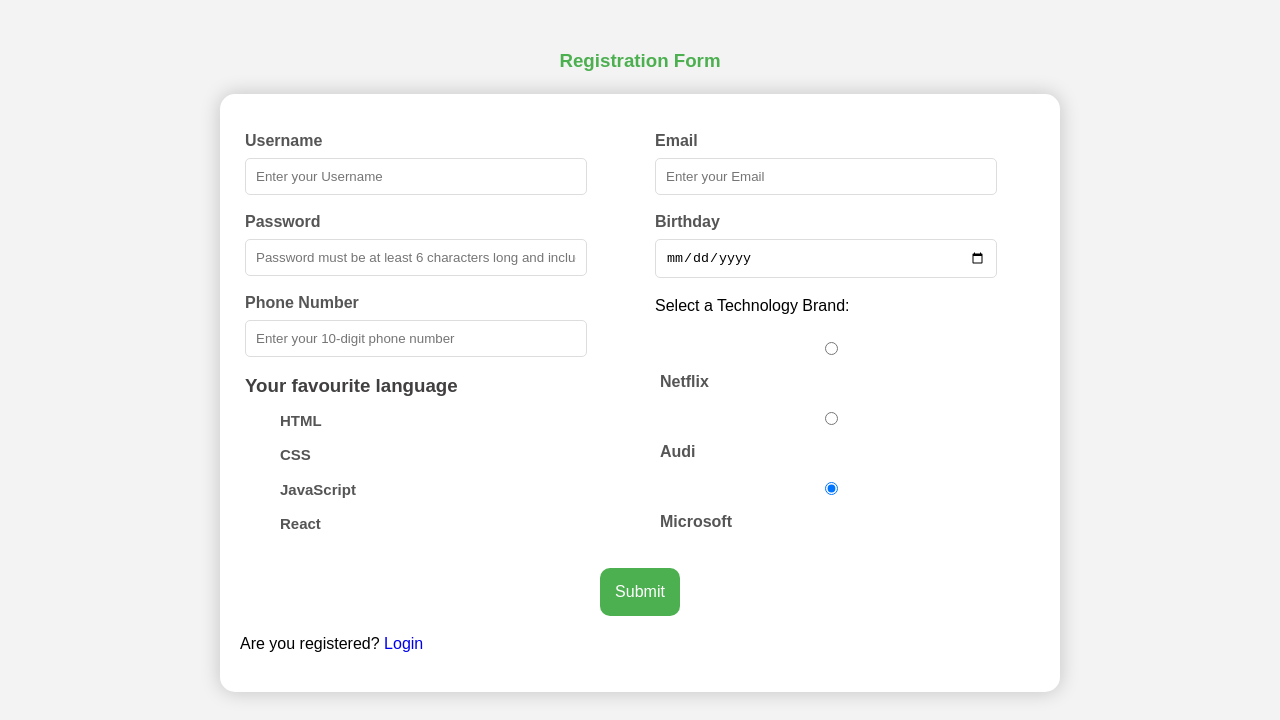
Repository: alizey12/Regestratin-Form-js
Page: regester.html
These files come from the project's save history. The page is drawn as it stood at one moment and after the next save; the edit follows.
The browser window is 1280 px wide. The pictures show the whole page.

Above is the page before, as saved 2024-11-29 20:17:33.

### regester.html
<!DOCTYPE html>
<html lang="en">
<head>
    <meta charset="UTF-8">
    <meta name="viewport" content="width=device-width, initial-scale=1.0">
    <link rel="stylesheet" href="regester.css">
    <title>Registration Form</title>
</head>
<body>
    <h3>Registration Form</h3>
    <div class="main">
        <form id="signupForm" action="">
            <div class="grid-container">
                <div>
                    <label for="username">Username</label>
                    <input type="text" id="username" name="username"
                           placeholder="Enter your Username"
                           required pattern="^[a-zA-Z0-9_]{3,15}$"
                           title="Username must be 3-15 characters long and can only contain letters, numbers, and underscores.">

                           <label for="password">Password</label>
                           <input type="password" id="password" name="password"
                                  placeholder="Password must be at least 6 characters long and include one letter and one number."
                                  required pattern="^(?=.*[A-Za-z])(?=.*\d)[A-Za-z\d]{6,}$"
                                  title="Password must be at least 6 characters long and include one letter and one number.">


                 <label for="quantity">Phone Number</label>
                 <input type="text" id="quantity" name="quantity"
                        placeholder="Enter your 10-digit phone number"
                        required pattern="^\d{10}$"
                        title="Enter a valid 10-digit phone number.">

                    <h3 class="heading">Your favourite language</h3>
                    <label class="container">
                        HTML
                        <input type="checkbox" name="language" value="HTML">
                    </label>
                    <label class="container">
                        CSS
                        <input type="checkbox" name="language" value="CSS">
                    </label>
                    <label class="container">
                        JavaScript
                        <input type="checkbox" name="language" value="JavaScript">
                    </label>
                    <label class="container">
                        React
                        <input type="checkbox" name="language" value="React">
                    </label>

                </div>
                <div>
                    <label for="email">Email</label>
                    <input type="email" id="email" name="email"
                           placeholder="Enter your Email"
                           required pattern="^[a-zA-Z0-9._%+-]+@[a-zA-Z0-9.-]+\.[a-zA-Z]{2,}$">

                    <label for="birthday">Birthday</label>
                    <input type="date" id="birthday" name="birthday" required>

                    <!DOCTYPE html>
                    <html lang="en">

                    <head>
                        <title>HTML input type="radio"</title>
                    </head>

                    <body>

                        <p>Select a Technology Brand:</p>

                        <div>
                            <input type="radio"
                                   id="Netflix"
                                   name="brand"
                                   value="Netflix">
                            <label for="Netflix">Netflix</label>
                        </div>

                        <div>
                            <input type="radio"
                                   id="Audi"
                                   name="brand"
                                   value="Audi">
                            <label for="Audi">Audi</label>
                        </div>

                        <div>
                            <input type="radio"
                                   id="Microsoft"
                                   name="brand"
                                   value="Microsoft" checked>
                            <label for="Microsoft">Microsoft</label>
                        </div>

                    </body>

                    </html>

                </div>
            </div>
            <div class="wrap">
                <button type="submit">Submit</button>
            </div>
        </form>
        <p>Are you registered?
            <a href="signin.html" style="text-decoration: none;">Login</a>
        </p>
    </div>
    <script src="Regester.js"></script>
</body>
</html>

### regester.css
 body {
    display: flex;
    align-items: center;
    justify-content: center;
    font-family: sans-serif;
    line-height: 1.5;
    min-height: 100vh;
    background: #f3f3f3;
    flex-direction: column;
    margin: 0;
}

.main {
    background-color: #fff;
    border-radius: 15px;
    box-shadow: 0 0 20px rgba(0, 0, 0, 0.2);
    padding: 20px;
    transition: transform 0.2s;
    width: 800px;
}

h3 {
    color: #4CAF50;
    text-align: center;
}

label {
    display: block;
    margin-top: 10px;
    margin-bottom: 5px;
    text-align: left;
    color: #555;
    font-weight: bold;
}

input {
    display: block;
    width: 90%;
    margin-bottom: 15px;
    padding: 10px;
    box-sizing: border-box;
    border: 1px solid #ddd;
    border-radius: 5px;
}

button {
    padding: 15px;
    border-radius: 10px;
    margin-top: 15px;
    border: none;
    color: white;
    cursor: pointer;
    background-color: #4CAF50;
    font-size: 16px;
}

.wrap {
    display: flex;
    justify-content: center;
    align-items: center;
}

.grid-container {
    display: grid;

    grid-template-columns: 1fr 1fr;
    gap: 20px;
}

.grid-container div {
    padding: 5px;
}


.container {
    display: block;
    position: relative;
    padding-left: 35px;
    margin-bottom: 12px;
    cursor: pointer;
    font-size: 15px;
    -webkit-user-select: none;
    -moz-user-select: none;
    -ms-user-select: none;
    user-select: none;
  }
  .gen-rad{
    margin-top: 20%;
  }
  .container input {
    position: absolute;
    opacity: 0;
    cursor: pointer;
    height: 0;
    width: 0;
  }
  .heading{
    color: rgb(65, 63, 63);
    display: contents;
  padding: 5px;
  }
  .checkmark {
    position: absolute;
    top: 0;
    left: 0;
    height: 25px;
    width: 25px;
    background-color: #eee;
  }

  .container:hover input .checkmark {
    background-color: #ccc;
  }

  .container input:checked .checkmark {
    background-color: #279e63;
  }

  .checkmark:after {
    content: "";
    position: absolute;
    display: none;
  }

  .container input:checked  .checkmark:after {
    display: block;
  }


  .container .checkmark:after {
    left: 9px;
    top: 5px;
    width: 5px;
    height: 10px;
    border: solid white;
    border-width: 0 3px 3px 0;
    -webkit-transform: rotate(45deg);
    -ms-transform: rotate(45deg);
    transform: rotate(45deg);
  }


.gen-rad p {
    margin-bottom: 1px;
    font-weight: bold;
    color: #555;
}


.gen-rad label {

    font-size: 14px;
    color: #333;
}

### Regester.js
document.getElementById('signupForm').addEventListener('submit', function (event) {
    event.preventDefault(); // Prevent form submission

    // Get field values
    const username = document.getElementById('username').value;
    const email = document.getElementById('email').value;
    const password = document.getElementById('password').value;
    const quantity = document.getElementById('quantity').value;
    const birthday = document.getElementById('birthday').value;
    const gender = document.querySelector('input[name="gender"]:checked');
    const languages = Array.from(document.querySelectorAll('input[name="language"]:checked'))
                            .map(lang => lang.value);

    // Validate gender
    if (!gender) {
        alert('Please select your gender.');
        return;
    }

    // Validate at least one language is selected
    if (languages.length === 0) {
        alert('Please select at least one favourite language.');
        return;
    }

    // Log values in the console
    console.log('Username:', username);
    console.log('Email:', email);
    console.log('Password:', password);
    console.log('Phone Number:', quantity);
    console.log('Birthday:', birthday);
    console.log('Gender:', gender.value);
    console.log('Languages:', languages);

    // Show success message
    alert('Signup successful!');
});

After the next save:
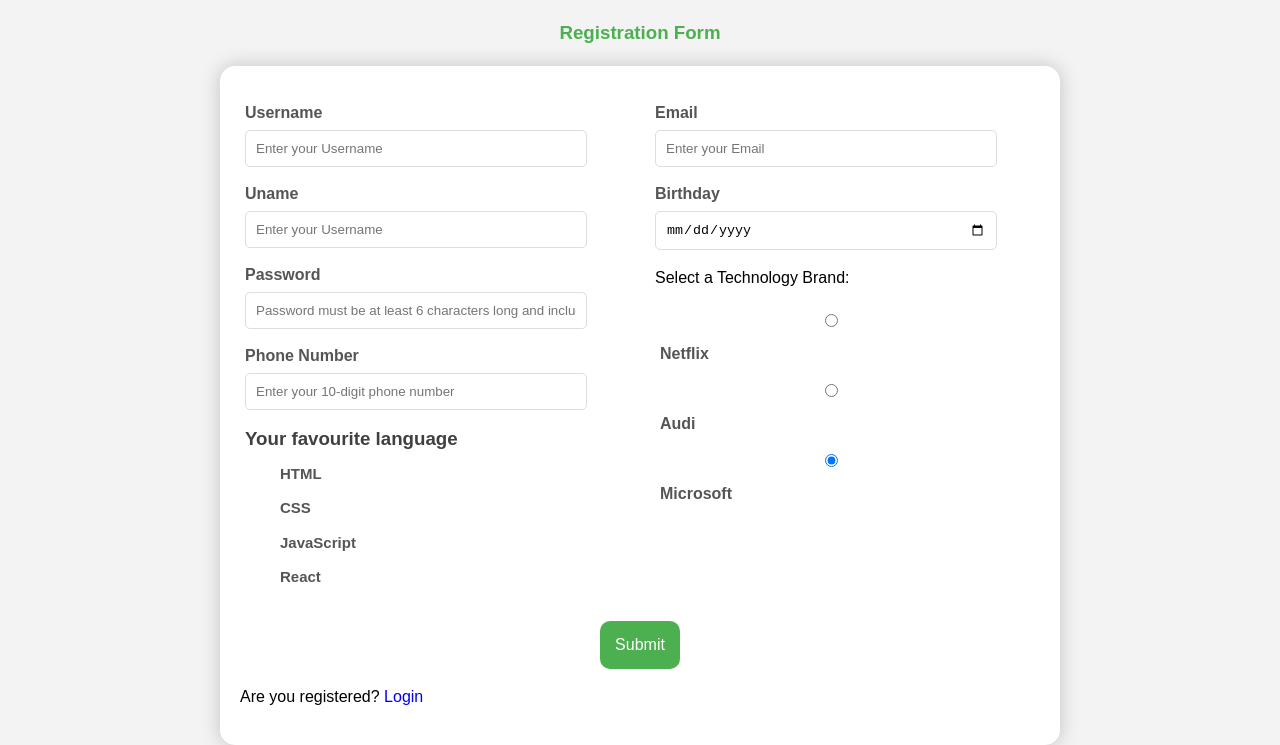
Saved 34 s later.
--- a/regester.html
+++ b/regester.html
@@ -17,6 +17,12 @@
                            placeholder="Enter your Username"
                            required pattern="^[a-zA-Z0-9_]{3,15}$"
                            title="Username must be 3-15 characters long and can only contain letters, numbers, and underscores.">
+
+                           <label for="username">Uname</label>
+                           <input type="text" id="username" name="username"
+                                  placeholder="Enter your Username"
+                                  required pattern="^[a-zA-Z0-9_]{3,15}$"
+                                  title="Username must be 3-15 characters long and can only contain letters, numbers, and underscores.">
 
                            <label for="password">Password</label>
                            <input type="password" id="password" name="password"
